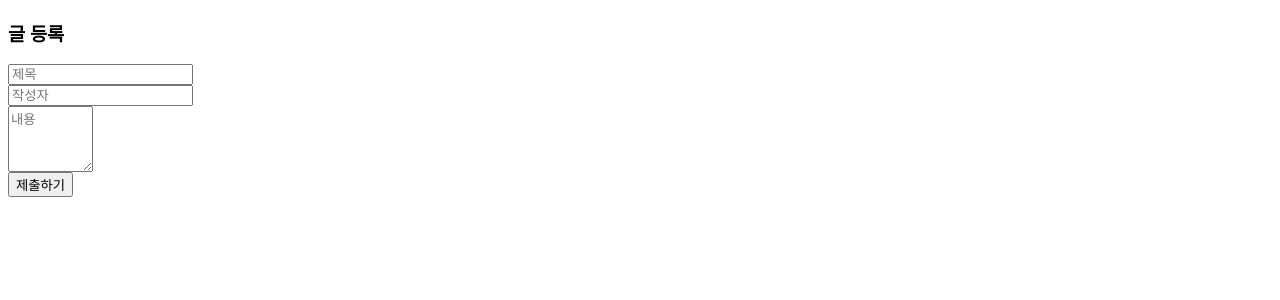
Repository: morisYu/bulletin_board
Page: http://localhost/jsp_board01/registForm.jsp
An editor plug-in stored every save of this project. The page is shown before and after the next save, followed by the edit.
The browser window is 1280 px wide. The pictures show the whole page.
The page is served by Tomcat 9.

Above is the page before, as saved 2022-06-08 14:56:39.

After the next save:
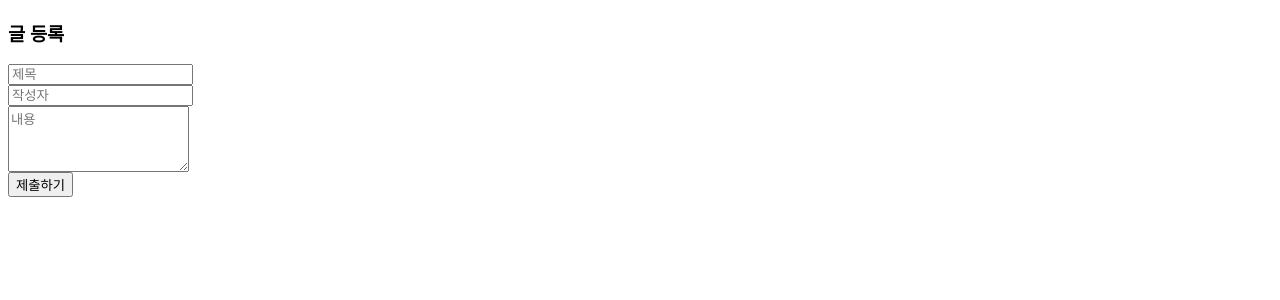
Saved 29 s later.
--- a/board02/jsp_board01/WebContent/registForm.jsp
+++ b/board02/jsp_board01/WebContent/registForm.jsp
@@ -11,7 +11,7 @@
 	<form action="regist.jsp" method="post">
 		<input type="text" name="title" placeholder="제목" required><br>
 		<input type="text" name="writer" placeholder="작성자" required><br>
-		<textarea rows="4" cols="8" name="content" placeholder="내용"></textarea><br>
+		<textarea rows="4" cols="20" name="content" placeholder="내용"></textarea><br>
 		<input type="submit" value="제출하기">
 	</form>
 </body>
